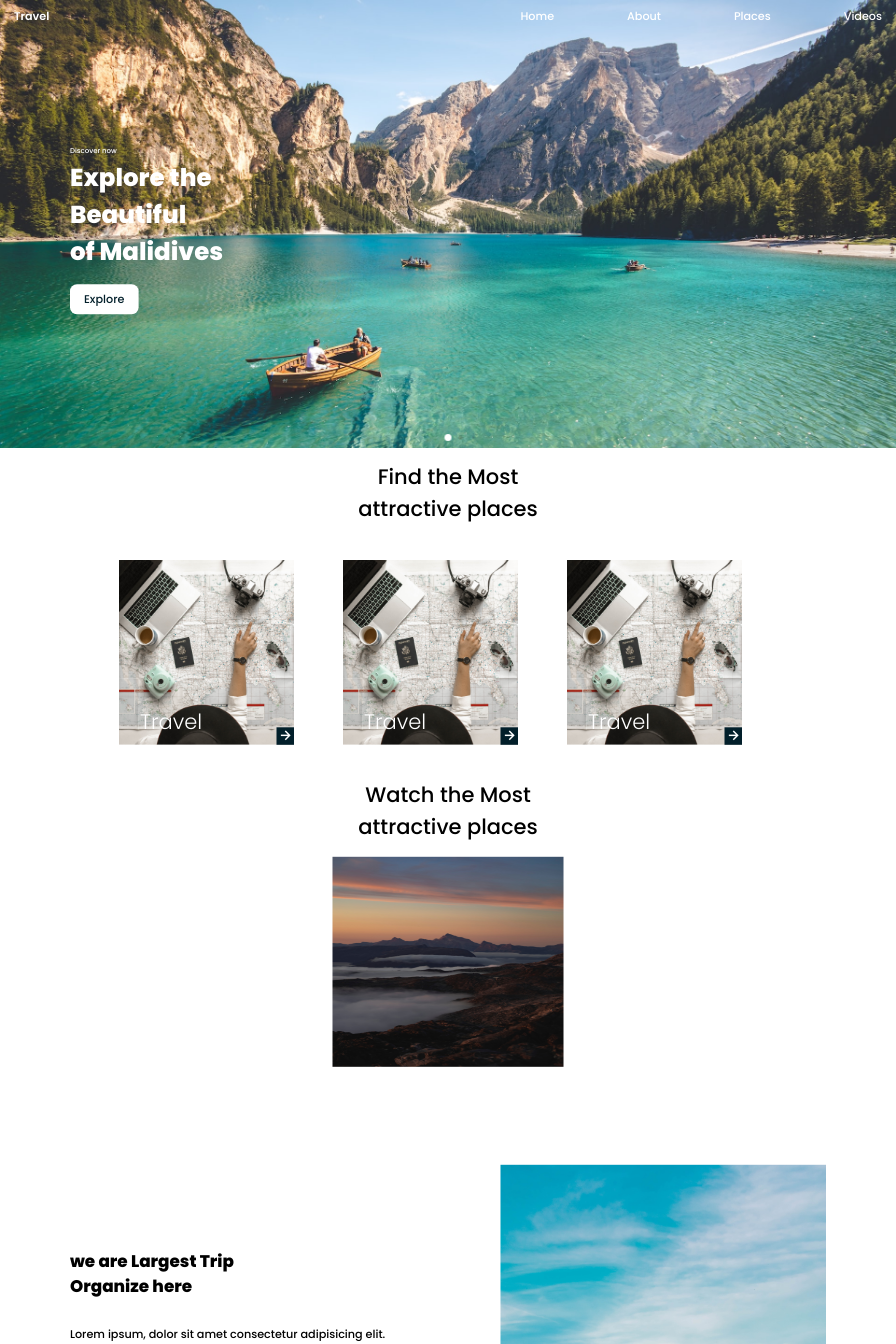
Repository: OmniaRafat232111121/Traveling
Page: index.html
The author's editor kept a copy of each file at every save. The page is drawn from the files as they stood at one save, then again after the next save.
The browser window is 1280 px wide. The pictures show the part of the page from y = 0 to 1920 px (the page is 2833 px tall), at 70% of full size.

Above is the page before, as saved 2022-12-20 13:11:08.

After the next save:
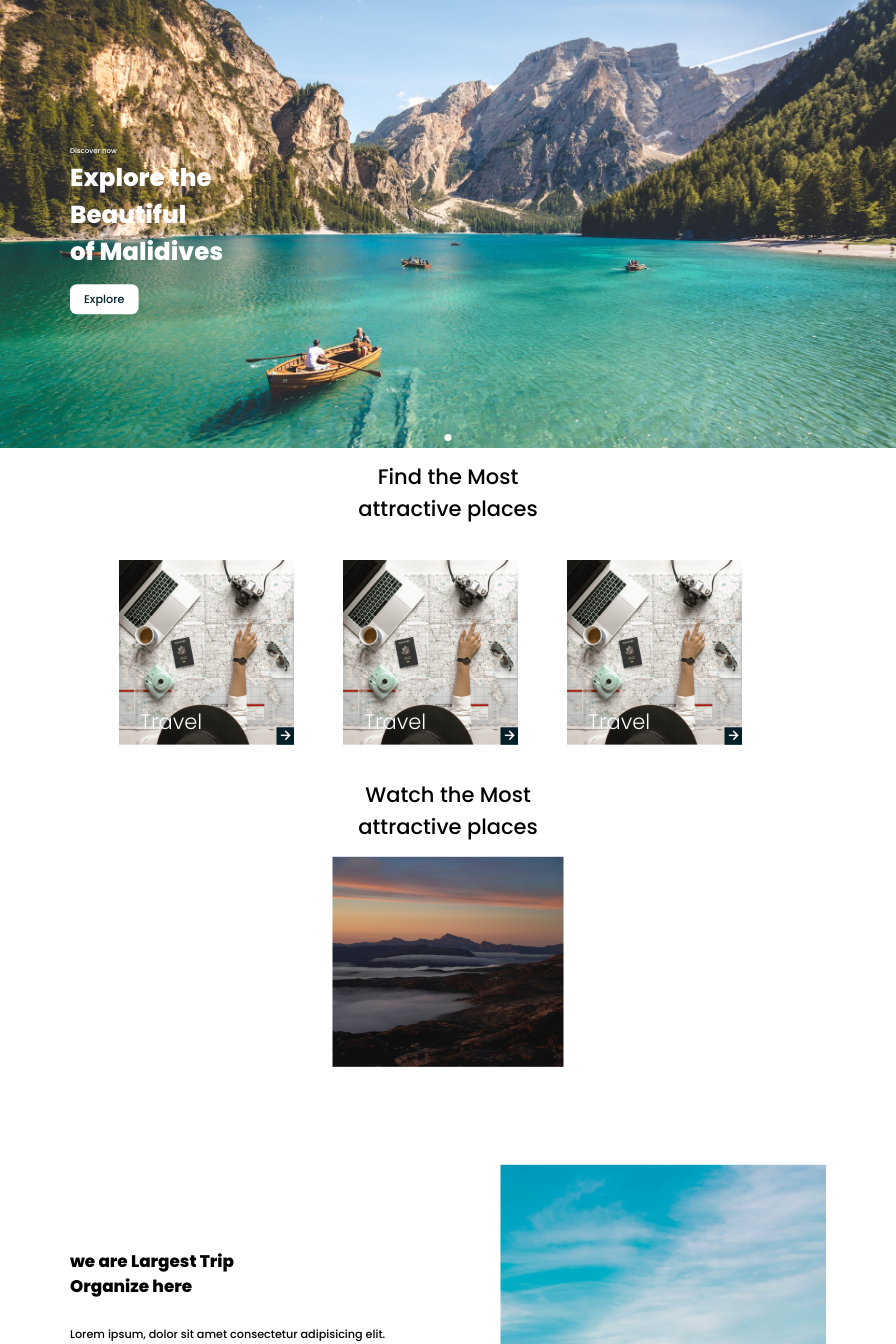
Saved 22 s later.
--- a/css/style.css
+++ b/css/style.css
@@ -27,7 +27,7 @@
     justify-content: space-between;
     padding:10px 20px;
      transition: 0.3s;
-     z-index:20000;
+     /* z-index:20000; */
       color:#021f2a;
 }
 header.shadow{

After the save that followed:
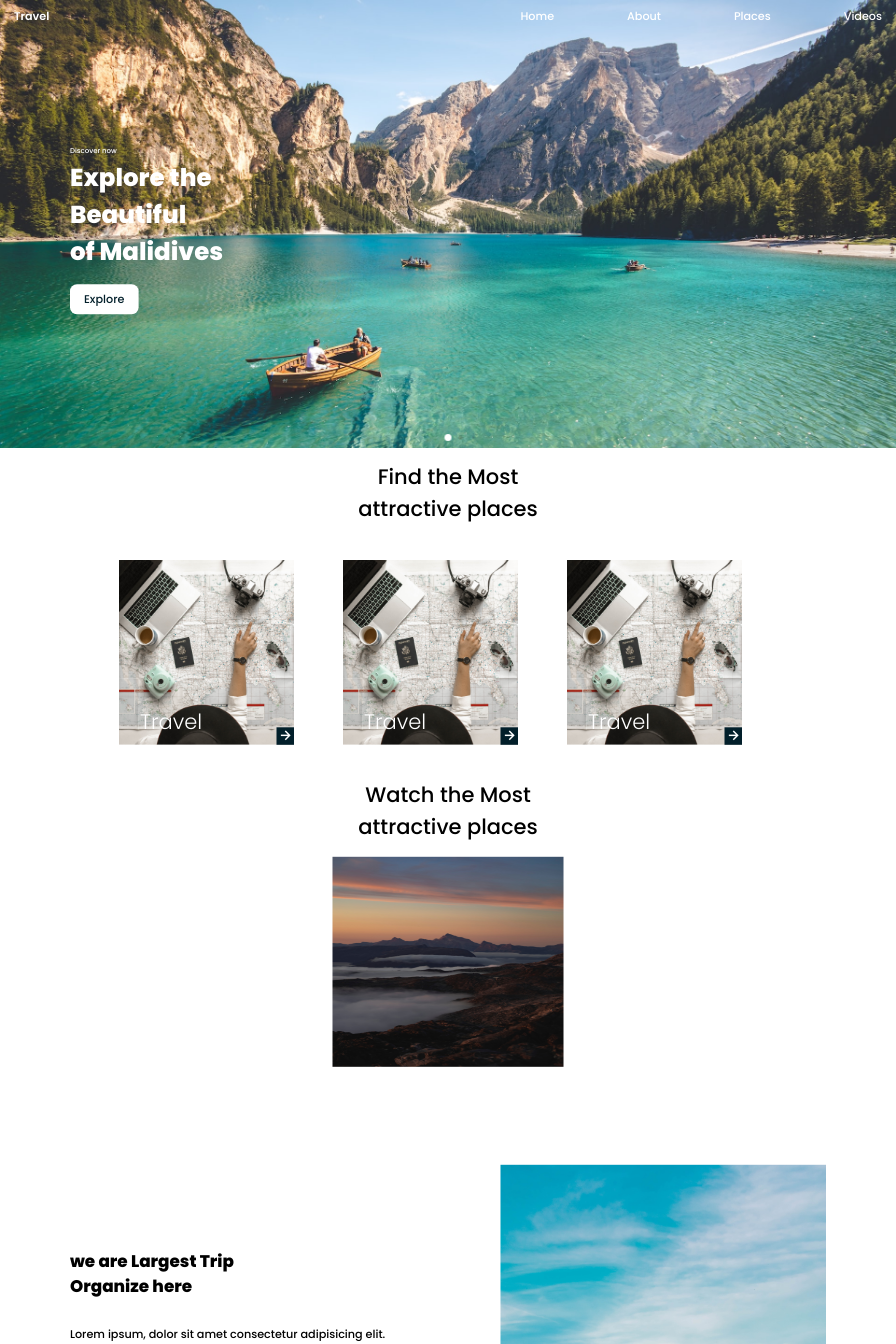
Saved 7 s later.
--- a/css/style.css
+++ b/css/style.css
@@ -27,7 +27,7 @@
     justify-content: space-between;
     padding:10px 20px;
      transition: 0.3s;
-     /* z-index:20000; */
+     z-index:20000;
       color:#021f2a;
 }
 header.shadow{
